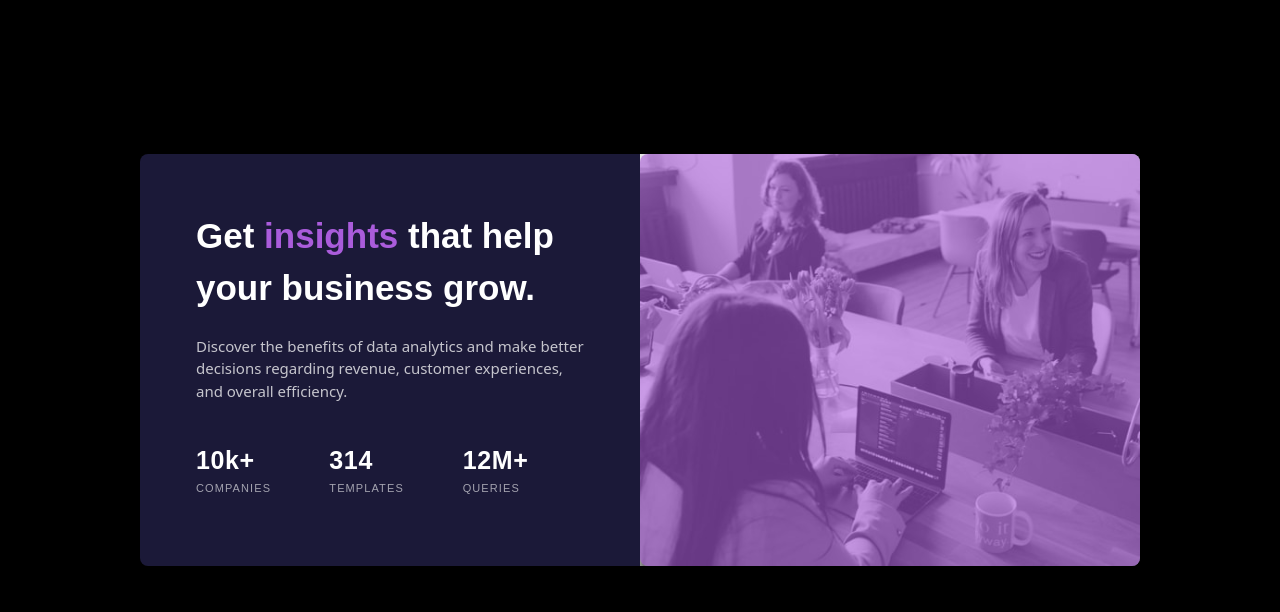
Repository: BerlinWebDev/FrontendMaster_PreviewMentor
Page: /
These files come from the project's save history. The page is drawn as it stood at one moment and after the next save; the edit follows.
The browser window is 1280 px wide. The pictures show the whole page.
The project was rebuilt for these pictures with package versions that can differ from the ones it lists, and the page was loaded fresh each time.

Above is the page before, as saved 2023-11-11 20:34:07.

### src/index.css
@tailwind base;
@tailwind components;
@tailwind utilities;
@import url("https://fonts.google.com/specimen/Inter");
@import url("https://fonts.google.com/specimen/Lexend+Deca");

### src/App.js
import Statisic from "./Statisic";
import Image from "./assets/image-header-desktop.jpg";

function App() {
  return (
    <>
      <header>
        <title>Challenge</title>
        <meta name="description" content="Challenge" />
        <link rel="icon" href="/favicon.ico" />
      </header>
      <main className="flex min-h-screen flex-col items-center justify-center bg-black">
        <div className="flex h-[4205x] w-[1000px] rounded-lg bg-[#1b1938]">
          <aside className="w-1/2  rounded-l-lg">
            <div className="p-14">
              <div className="text-[35px] text-white font-bold font-lexenddeca">
                Get <span className="text-[#aa5cdb]">insights</span> that help
                <br />
                your business grow.
              </div>
              <div className="mt-5">
                <p className="text-[#ffffffbf] font-Inter text-[15px]">
                  Discover the benefits of data analytics and make better
                  decisions regarding revenue, customer experiences, and overall
                  efficiency.
                </p>
              </div>
              <div className="mt-10 grid grid-cols-3 gap-3">
                <Statisic value="10k+" title="companies" />
                <Statisic value="314" title="Templates" />
                <Statisic value="12M+" title="Queries" />
              </div>
            </div>
          </aside>
          <aside className="w-1/2  rounded-lg relative">
            <div className="absolute inset-0 bg-[#aa5cdb] rounded-lg opacity-60"></div>
            <img
              className=" h-full w-full rounded-r-lg"
              src={Image}
              alt="Header-Desktop"
            />
          </aside>
        </div>
      </main>
    </>
  );
}

export default App;

### src/Statisic.jsx
import React from "react";

const Statisic = ({ value, title }) => {
  return (
    <div className="text-white font-lexenddeca">
      <div className="text-[25px] font-bold tracking-wide">{value}</div>
      <div className="uppercase text-[11px] font-light text-[#ffffff99] tracking-widest">
        {title}
      </div>
    </div>
  );
};

export default Statisic;

### tailwind.config.js
/** @type {import('tailwindcss').Config} */
module.exports = {
  content: ["./src/**/*.{js,jsx,ts,tsx}"],
  theme: {
    extend: {
      fontFamily: {
        inter: ["Inter", "sans-serif"],
        lexenddeca: ["Lexend Deca", "sans-serif"],
      },
    },
  },
  plugins: [],
};

Loaded but not shown: public/index.html (common file); src/index.js (common file)

After the next save:
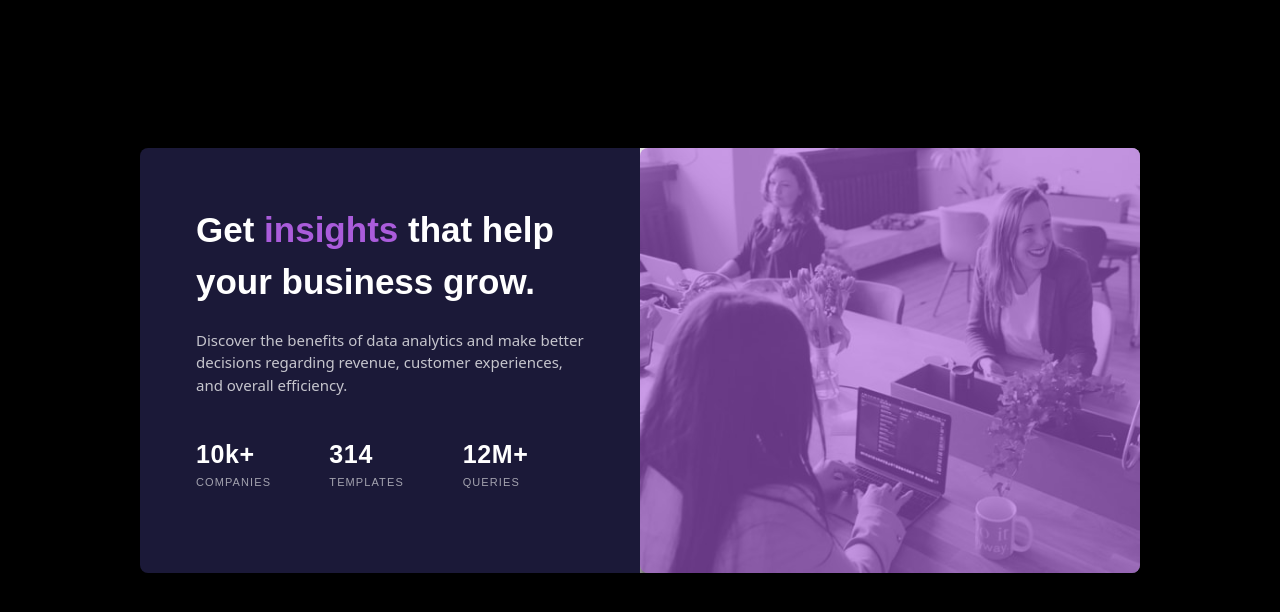
Saved 5 s later.
--- a/src/App.js
+++ b/src/App.js
@@ -10,7 +10,7 @@ function App() {
         <link rel="icon" href="/favicon.ico" />
       </header>
       <main className="flex min-h-screen flex-col items-center justify-center bg-black">
-        <div className="flex h-[4205x] w-[1000px] rounded-lg bg-[#1b1938]">
+        <div className="flex h-[425px] w-[1000px] rounded-lg bg-[#1b1938]">
           <aside className="w-1/2  rounded-l-lg">
             <div className="p-14">
               <div className="text-[35px] text-white font-bold font-lexenddeca">
